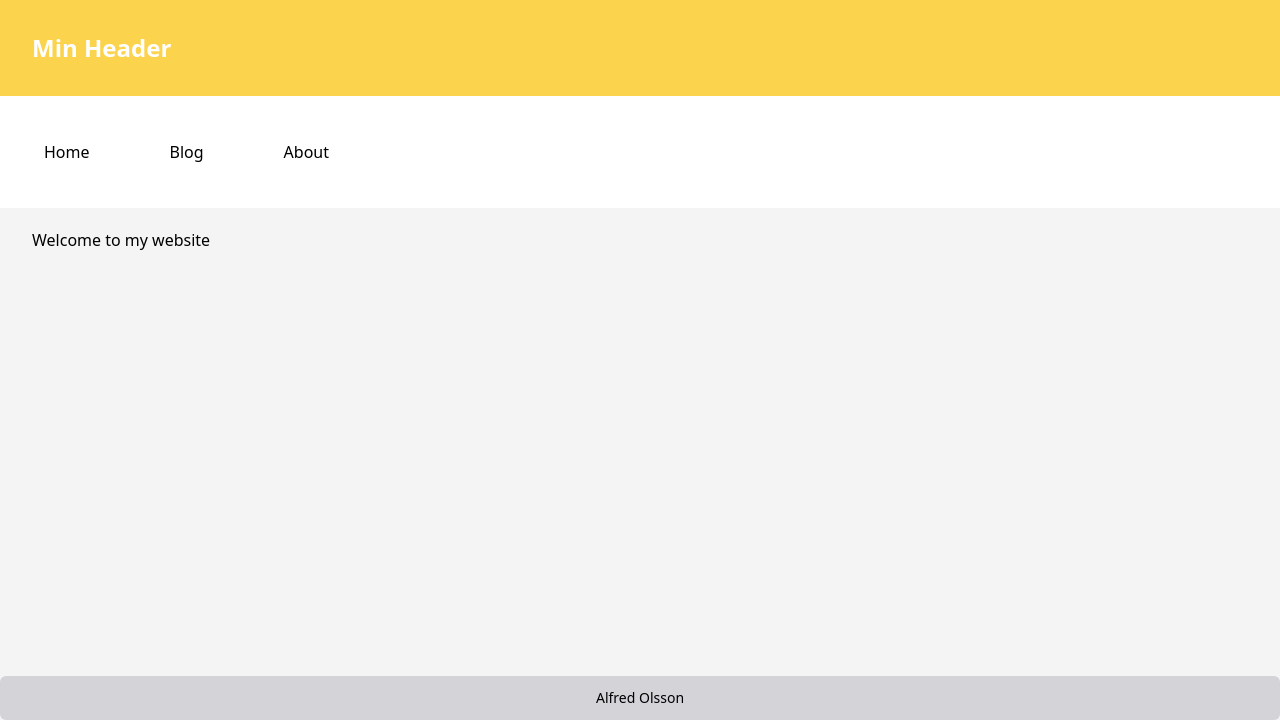
Repository: AlligatorAffe/NextWebsite
Page: /
The author's editor kept a copy of each file at every save. The page is drawn from the files as they stood at one save, then again after the next save.
The browser window is 1280 px wide. The pictures show the whole page.
The project was rebuilt for these pictures with package versions that can differ from the ones it lists, and the page was loaded fresh each time. The framework's server and built-in components were replaced by stand-ins that run in the browser. Also part of the build but not shown: next.config.js.

Above is the page before, as saved 2024-01-04 22:01:13.

After the next save:
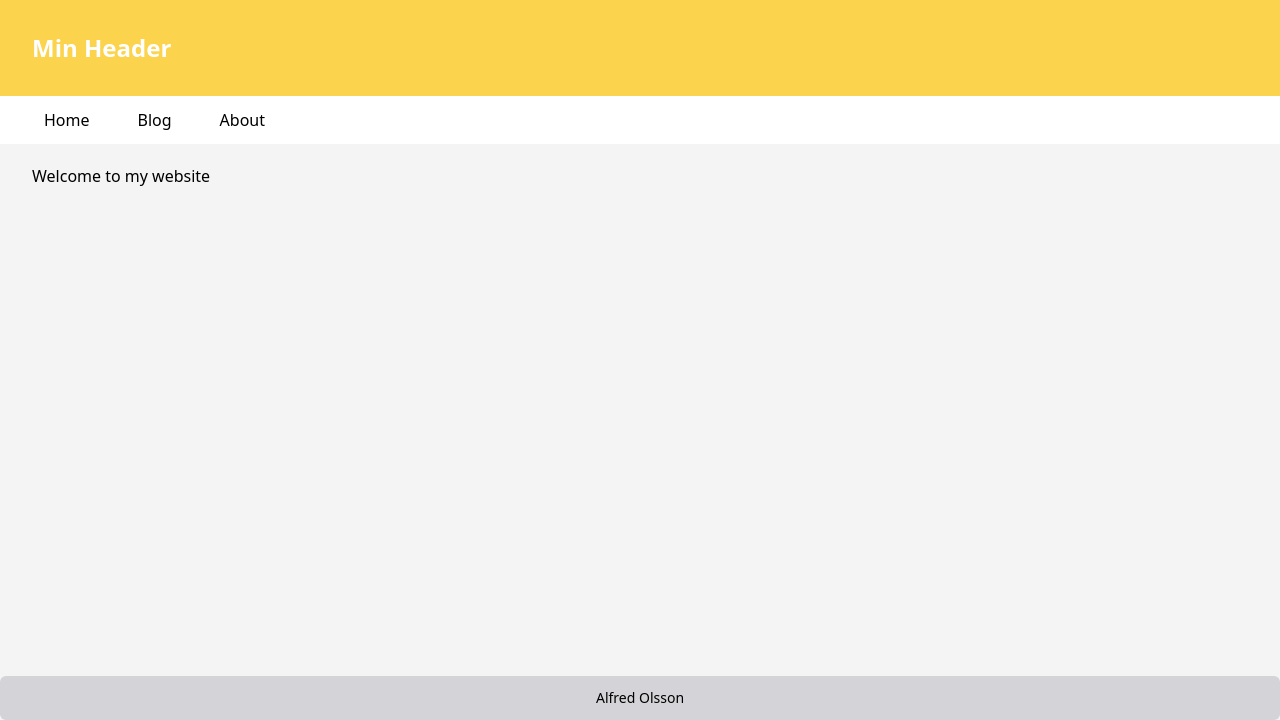
Saved 115 s later.
--- a/app/layout.tsx
+++ b/app/layout.tsx
@@ -64,7 +64,7 @@ export default function RootLayout({
             <ul className="flex space-x-4">
               {navLinks.map((link, index) => (
                 <li key={index}>
-                  <div className="p-8">
+                  <div className="pl-8">
                     <Link href={link.href} >
                       {link.label}
                     </Link>
